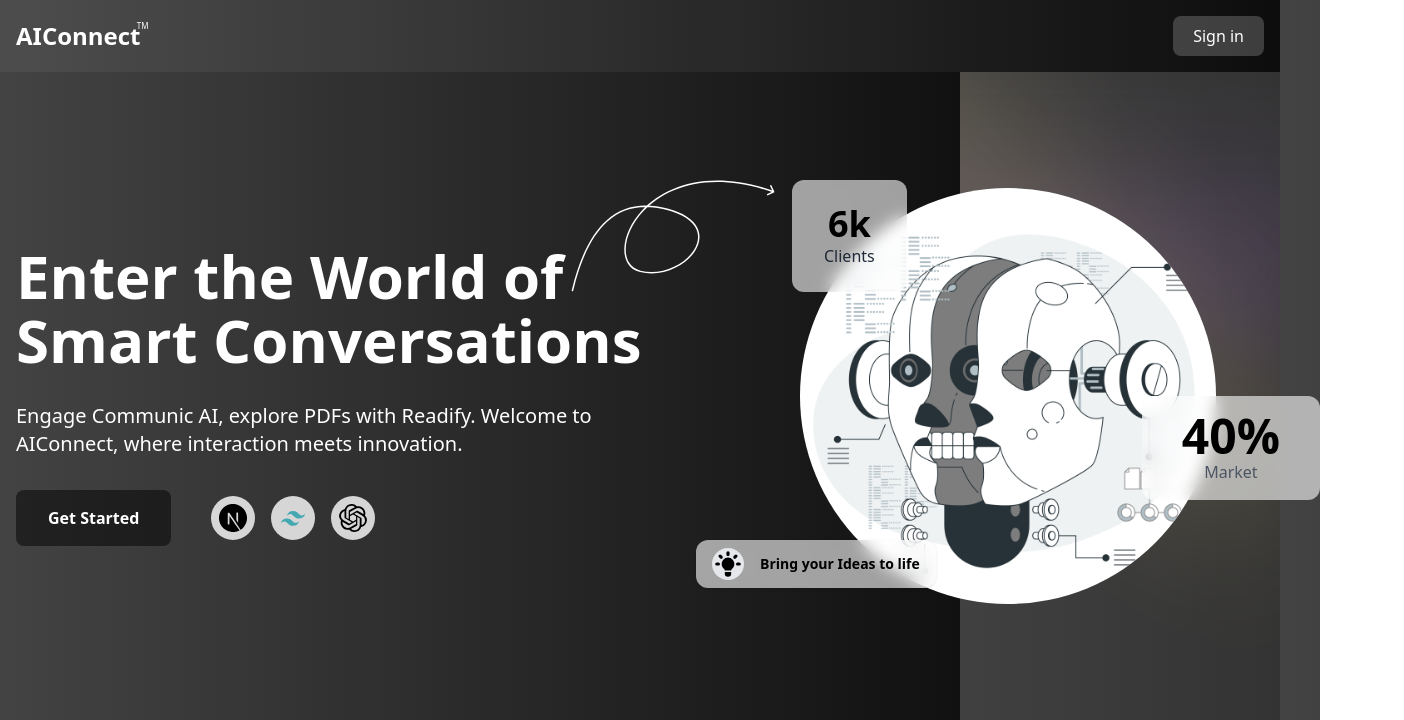
Repository: xoshiraghavx/chatbot-nextapp
Page: /redify
The author's editor kept a copy of each file at every save. The page is drawn from the files as they stood at one save, then again after a run of saves.
The browser window is 1280 px wide. The page is 1320 px wide, then 1404 px, then 1320 px, so the pictures cover 1404 px, including what lies to the right of the window. The pictures show the whole page.
The page's requests for data from a server got no answer. The project was rebuilt for these pictures with package versions that can differ from the ones it lists, and the page was loaded fresh each time. The framework's server and built-in components were replaced by stand-ins that run in the browser. No one was signed in, and anything a server would have sent is missing. Also part of the build but not shown: next.config.mjs, src/components/Chat.jsx, src/components/Nav.jsx, src/components/DarkMode.jsx.

Above is the page before, as saved 2024-03-13 17:32:34.

After the next 2 saves:
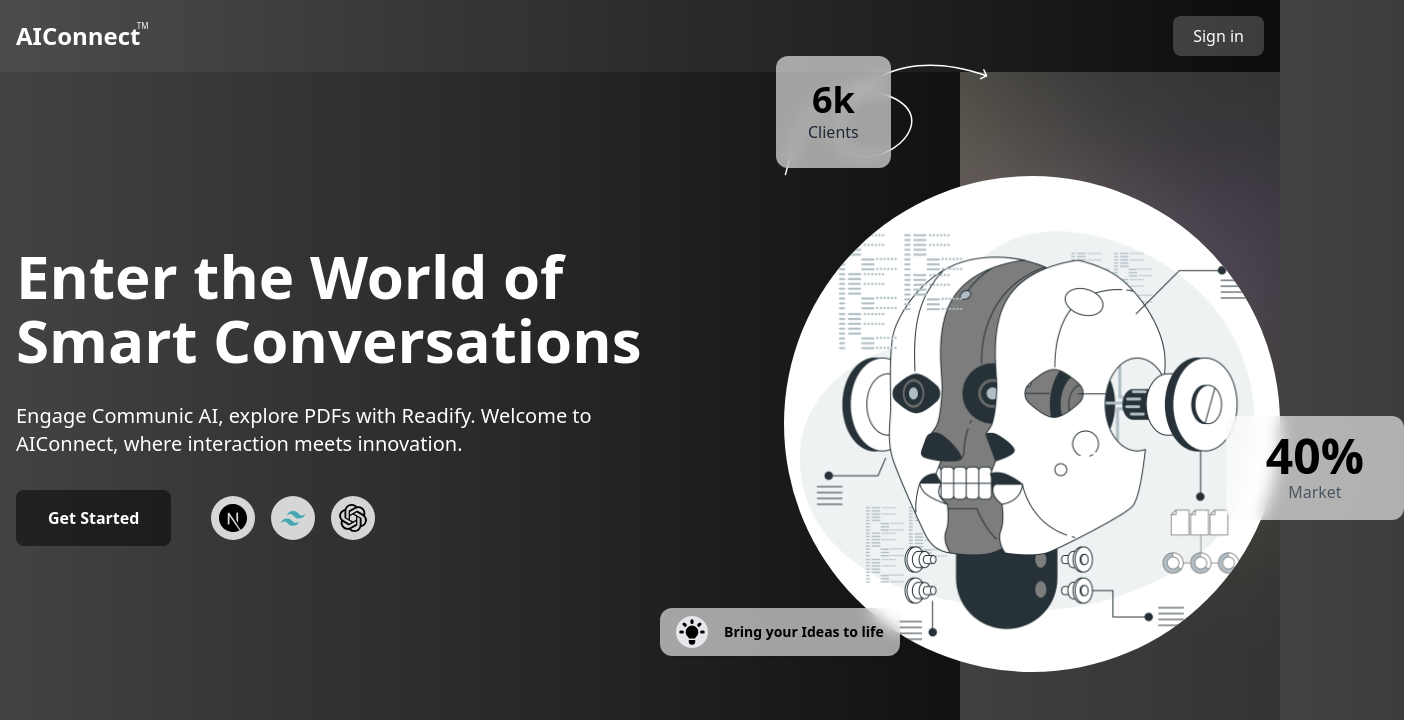
The 2 saves are shown as one change because 1 did not build or start.
The last was saved 70 s later.
--- a/src/components/LandingPage/Main.jsx
+++ b/src/components/LandingPage/Main.jsx
@@ -23,7 +23,7 @@
           <div className="animation-delay-2000 absolute -right-1/4 top-1/4 h-16 w-[40rem] rotate-45 animate-plug  overflow-clip bg-amber-200 opacity-40 blur-[80px] "></div>
         </div>
         {/* Circle */}
-        <div className="absolute -left-full aspect-square h-[26rem] rounded-full lg:-left-1/2">
+        {/* <div className="absolute -left-full aspect-square h-[26rem] rounded-full lg:-left-1/2"> */}
           {/* pop buttons */}
           <div className="absolute -top-2 -left-[55%]">
             <svg
@@ -38,7 +38,7 @@
                 fill="white"
               />
             </svg>
-          </div>
+          {/* </div> */}
           <div className="absolute -top-2 -left-2 flex cursor-pointer flex-col rounded-xl bg-white bg-opacity-60 backdrop-blur	 px-8 py-6 text-center transition hover:-translate-y-1 hover:shadow-md z-10">
             <span className="text-4xl font-bold text-black">6k</span>
             <span className="text-base text-gray-800">Clients</span>

After the save that followed:
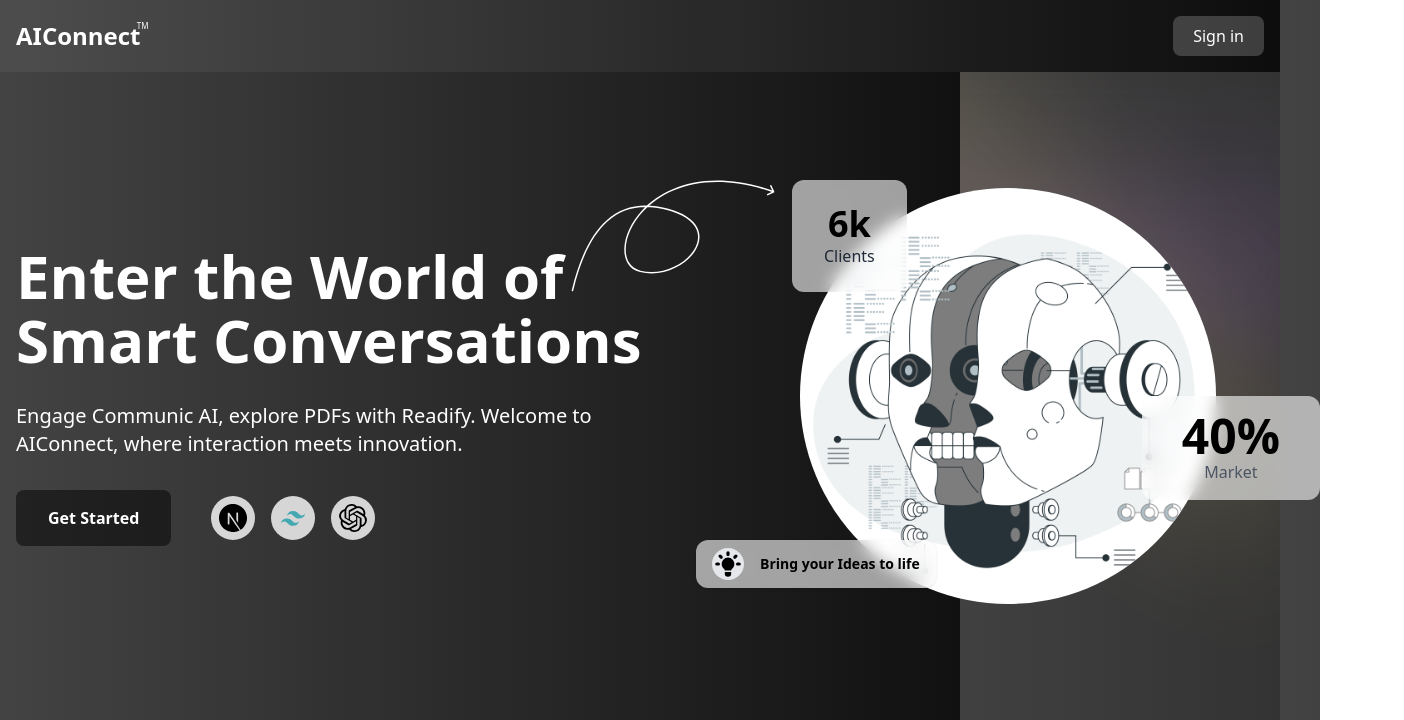
Saved 8 s later.
--- a/src/components/LandingPage/Main.jsx
+++ b/src/components/LandingPage/Main.jsx
@@ -23,7 +23,7 @@
           <div className="animation-delay-2000 absolute -right-1/4 top-1/4 h-16 w-[40rem] rotate-45 animate-plug  overflow-clip bg-amber-200 opacity-40 blur-[80px] "></div>
         </div>
         {/* Circle */}
-        {/* <div className="absolute -left-full aspect-square h-[26rem] rounded-full lg:-left-1/2"> */}
+        <div className="absolute -left-full aspect-square h-[26rem] rounded-full lg:-left-1/2">
           {/* pop buttons */}
           <div className="absolute -top-2 -left-[55%]">
             <svg
@@ -38,7 +38,7 @@
                 fill="white"
               />
             </svg>
-          {/* </div> */}
+          </div>
           <div className="absolute -top-2 -left-2 flex cursor-pointer flex-col rounded-xl bg-white bg-opacity-60 backdrop-blur	 px-8 py-6 text-center transition hover:-translate-y-1 hover:shadow-md z-10">
             <span className="text-4xl font-bold text-black">6k</span>
             <span className="text-base text-gray-800">Clients</span>
